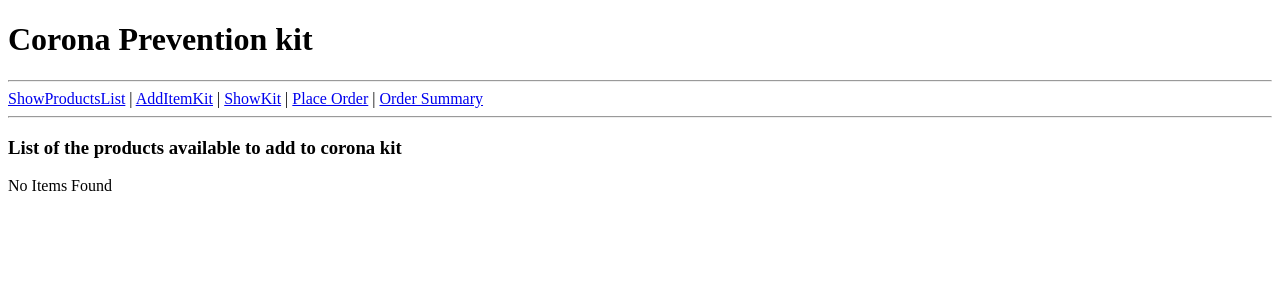
Repository: phanisree-chava/SBA-REPO
Page: http://localhost/CoronakitManagementPortal/showproducts
These files come from the project's save history. The page is drawn as it stood at one moment and after the next save; the edit follows.
The browser window is 1280 px wide. The pictures show the whole page.
The page is served by Tomcat 9. Other server files are loaded and not shown. Queries for data that is not in the repository find no rows.

Above is the page before, as saved 2020-08-23 18:34:56.

### CoronakitManagementPortal/WebContent/showproductstoadd.jsp
<%@ page language="java" contentType="text/html; charset=ISO-8859-1"
    pageEncoding="ISO-8859-1"%>

<%@ taglib prefix="c" uri="http://java.sun.com/jstl/core_rt" %>

<!DOCTYPE html>
<html>
<head>
<meta charset="ISO-8859-1">
<title>products list</title>
</head>
<body>
<jsp:include page="userheader.jsp" />

	<h3>List of the products available to add to corona kit</h3>

	<c:if test="${msg != null}">
			<p><strong>${msg }</strong>
		</c:if>

	<form action="showproducts" >
	<c:choose>

		<c:when test="${items==null || items.isEmpty() }">
			<p>No Items Found</p>
		</c:when>
		<c:otherwise>
			<table border="1" cellspacing="5px" cellpadding="5px">
				<tr>
					<th>id</th>
					<th>ProductName</th>
					<th>Cost</th>
					<th>ProductDescription</th>


				</tr>
				<c:forEach items="${items }" var="item">
					<tr>
					<td>${item.id }</td>
					<td>${item.productName }</td>
					<td>${item.cost }</td>
					<td>${item.productDescription }</td>


					</td>
				</tr>
				</c:forEach>
			</table>
		</c:otherwise>
	</c:choose>
	</form>
</body>
</html>

### CoronakitManagementPortal/WebContent/userheader.jsp
<header>
	<h1>Corona Prevention kit</h1>
	<hr />
		<nav>

			<a href="showproducts">ShowProductsList</a>
			<span>|</span>
			<a href="newitemkit">AddItemKit</a>
			<span>|</span>
			<a href="showkit">ShowKit</a>
			<span>|</span>
			<a href="placeorder">Place Order</a>
			<span>|</span>
			<a href="ordersummary">Order Summary</a>
		</nav>
	<hr />
</header>

### CoronakitManagementPortal/src/com/wellsfargo/fsd/cpk/controller/UserController.java
package com.wellsfargo.fsd.cpk.controller;

import java.io.IOException;
import java.time.LocalDate;
import java.time.LocalDateTime;
import java.util.List;

import javax.servlet.ServletException;
import javax.servlet.annotation.WebServlet;
import javax.servlet.http.HttpServlet;
import javax.servlet.http.HttpServletRequest;
import javax.servlet.http.HttpServletResponse;

import com.wellsfargo.fsd.cpk.dao.KitDetailDao;
import com.wellsfargo.fsd.cpk.entity.CoronaKit;
import com.wellsfargo.fsd.cpk.entity.KitDetail;
import com.wellsfargo.fsd.cpk.entity.OrderSummary;
import com.wellsfargo.fsd.cpk.entity.Product;
import com.wellsfargo.fsd.cpk.exception.CpkException;
import com.wellsfargo.fsd.cpk.service.ProductService;
import com.wellsfargo.fsd.cpk.service.ProductServiceImpl;

/**
 * Servlet implementation class UserController
 */
@WebServlet({ "/newuser","/insertuser","/showproducts","/newitemkit","/additemkit","/deleteitemkit","/showkit","/placeorder","/saveorder","/ordersummary" })
public class UserController extends HttpServlet {
	private static final long serialVersionUID = 1L;

	public static int kitId;
	private ProductService productService;
	private KitDetailDao kitDao;
	private CoronaKit ck;
	private OrderSummary orderSummary;

	@Override
	public void init() throws ServletException {
		productService = new ProductServiceImpl();
		kitDao= new KitDetailDao();
		ck= new CoronaKit();
		orderSummary = new OrderSummary();

	}

	protected void doGet(HttpServletRequest request, HttpServletResponse response)
			throws ServletException, IOException {

		String url = request.getServletPath();
		String viewName="";

		switch(url) {

		case "/newuser":
			viewName = showNewUserForm(request, response);
			break;
		case "/insertuser":
			viewName = insertNewUser(request, response);
			break;
		case "/showproducts":
			viewName = showAllProducts(request, response);
			break;
		case "/newitemkit":viewName=doNewItemToKit(request, response);break;
		case "/additemkit":viewName=addNewItemToKit(request, response); break;

		case "/deleteitemkit":
			viewName = deleteItemFromKit(request, response);
			break;
		case "/showkit":
			viewName = showKitDetails(request, response);
			break;
		case "/placeorder":
			viewName = showPlaceOrderForm(request, response);
			break;
		case "/saveorder":
			viewName = saveOrderForDelivery(request, response);
			break;
		case "/ordersummary":
			viewName = showOrderSummary(request, response);
			break;
		default : viewName = "notfound.jsp"; break;

		}

		request.getRequestDispatcher(viewName).forward(request, response);
	}

	protected void doPost(HttpServletRequest request, HttpServletResponse response)
			throws ServletException, IOException {
		doGet(request, response);
	}

	private String showNewUserForm(HttpServletRequest request, HttpServletResponse response)
			throws ServletException, IOException {

		return "newuser.jsp";

	}

	private String insertNewUser(HttpServletRequest request, HttpServletResponse response)
			throws ServletException, IOException {

		String view="";

		ck.setId(1);
		ck.setPersonName(request.getParameter("pname"));
		ck.setEmail(request.getParameter("email"));
		ck.setContactNumber(request.getParameter("pcontact"));

		//below code will delete previously stored kitDetails order items for new user
		try {
			kitDao.deleteAll();

		} catch (CpkException e) {
			request.setAttribute("errMsg", e.getMessage());
			view="errPage.jsp";
		}

		view="userprintMessage.jsp";

		request.setAttribute("msg","User details entered successfully");
		return view;
	}

	private String showAllProducts(HttpServletRequest request, HttpServletResponse response)
			throws ServletException, IOException {

		String view="";

		try {
			List<Product> items = productService.getAllItems();
			request.setAttribute("items", items);
			view="showproductstoadd.jsp";
		} catch (CpkException e) {
			request.setAttribute("errMsg", e.getMessage());
			view="errPage.jsp";
		}

		return view;
	}
	private String doNewItemToKit(HttpServletRequest request, HttpServletResponse response)
			throws ServletException, IOException {


		return "additemkit.jsp";
	}

	private String addNewItemToKit(HttpServletRequest request, HttpServletResponse response)
			throws ServletException, IOException {

		String view="";
		KitDetail kit = new KitDetail();


		int productId= Integer.parseInt(request.getParameter("productId"));
		int quantity= Integer.parseInt(request.getParameter("quantity"));

		kitId+=1;
		kit.setId(kitId);
		kit.setCoronaKitId(1);
		kit.setProductId(productId);
		kit.setQuantity(quantity);

		Product p=null;

		try {
			p = productService.getItemById(productId);
			request.setAttribute("msg", "Item Got added To Kit!");
		} catch (CpkException e) {
			request.setAttribute("errMsg", e.getMessage());
			view="errPage.jsp";
		}

		int cost=p.getCost();
		int amount =cost*quantity;

		kit.setAmount(amount);
		try {
			kitDao.add(kit);
		} catch (CpkException e) {
			request.setAttribute("errMsg", e.getMessage());
			view="errPage.jsp";
		}
		view="userprintMessage.jsp";

		return view;
	}

	private String deleteItemFromKit(HttpServletRequest request, HttpServletResponse response)
			throws ServletException, IOException {

		String view="";
		int id = Integer.parseInt(request.getParameter("productId"));


		try {
			kitDao.deleteById(id);
			request.setAttribute("msg", "Item Got Removed From The Kit!");

			view="userprintMessage.jsp";
		} catch (CpkException e) {
			request.setAttribute("errMsg", e.getMessage());
			view="errPage.jsp";
		}

		return view;
	}

	private String showKitDetails(HttpServletRequest request, HttpServletResponse response)
			throws ServletException, IOException {


String view="";


		try {
			List<KitDetail> items = kitDao.getAll();
			request.setAttribute("items", items);
			view="showkit.jsp";
		} catch (CpkException e) {
			request.setAttribute("errMsg", e.getMessage());
			view="errPage.jsp";
		}


		return view;
	}
	private String showPlaceOrderForm(HttpServletRequest request, HttpServletResponse response)
			throws ServletException, IOException {

		String view="placeorder.jsp";



		return view;
	}

	private String saveOrderForDelivery(HttpServletRequest request, HttpServletResponse response)
			throws ServletException, IOException {


		String view="";
		int totalAmount=0;
		String address= request.getParameter("paddress");
		ck.setDeliveryAddress(address);

		String order =request.getParameter("orderfinal");
		boolean orderFinal=order.equals("yes")?true:false;

		try {
			totalAmount = kitDao.getSumAmount();
		} catch (CpkException e) {
			request.setAttribute("errMsg", e.getMessage());
			view="errPage.jsp";
		}
		ck.setOrderFinalized(orderFinal);
		ck.setOrderDate(LocalDate.now());
		ck.setTotalAmount(totalAmount);
		orderSummary.setCoronaKit(ck);



		if (!orderFinal) {
			request.setAttribute("msg", "You cannot place the order without finalizing the order");

		}else
			request.setAttribute("msg", "order got placed successfully");

		view="userprintMessage.jsp";

		return view;
	}


	private String showOrderSummary(HttpServletRequest request, HttpServletResponse response)
			throws ServletException, IOException {

		String view="";
		CoronaKit ck1= orderSummary.getCoronaKit();

		if (ck1!=null) {
		request.setAttribute("msg", ck);
		try {
			List<KitDetail> items = kitDao.getAll();
			request.setAttribute("items", items);
			view="ordersummary.jsp";
		} catch (CpkException e) {
			request.setAttribute("errMsg", e.getMessage());
			view="errPage.jsp";
		}
		}
		else {
			request.setAttribute("msg","Please complete the place order and then order summary can be displayed");
			view="userprintMessage.jsp";
		}

		return view;
	}
}

### CoronakitManagementPortal/src/com/wellsfargo/fsd/cpk/service/ProductServiceImpl.java
package com.wellsfargo.fsd.cpk.service;


import java.util.ArrayList;
import java.util.List;

import com.wellsfargo.fsd.cpk.dao.ProductDao;
import com.wellsfargo.fsd.cpk.dao.ProductDaoJdbcImpl;
import com.wellsfargo.fsd.cpk.entity.Product;
import com.wellsfargo.fsd.cpk.exception.CpkException;

public class ProductServiceImpl implements ProductService {

	ProductDao itemDao;

	public ProductServiceImpl() {
		itemDao = new ProductDaoJdbcImpl();
	}

	private boolean isIdValid(Integer id) {
		return id > 0;
	}

	private boolean isProductNameValid(String productName) {
		return productName != null && (productName.length() >= 3 || productName.length() <= 20);
	}

	private boolean isCostValid(Integer cost) {
		return cost != null && cost <1000;
	}



	private boolean isProductDescriptionValid(String productDescription) {
		return productDescription != null;
	}



	private boolean isValidItem(Product item) throws CpkException {
		List<String> errMsg = new ArrayList<>();

		boolean isValid = true;

		if (!isIdValid(item.getId())) {
			isValid = false;
			errMsg.add("Icode can not be null or negative or zero");
		}

		if (!isProductNameValid(item.getProductName())) {
			isValid = false;
			errMsg.add("Product Name can not be blank, title must be of 3 to 20 chars in length");
		}


		if (!isCostValid(item.getCost())) {
			isValid = false;
			errMsg.add("Cost can not be null");
		}



		if (!isProductDescriptionValid(item.getProductDescription())) {
			isValid = false;
			errMsg.add("product description can not be zero or negative");
		}



		if (!isValid) {
			throw new CpkException(errMsg.toString());
		}

		return isValid;
	}

	@Override
	public Product validateAndAdd(Product item) throws CpkException {
		if(item!=null) {
			if(isValidItem(item)) {
				itemDao.add(item);
			}
		}
		return item;
	}

	@Override
	public Product validateAndSave(Product item) throws CpkException {
		if(item!=null) {
			if(isValidItem(item)) {
				itemDao.save(item);
			}
		}
		return item;
	}

	@Override
	public boolean deleteItem(int id) throws CpkException {
		return itemDao.deleteById(id);
	}

	@Override
	public Product getItemById(int id) throws CpkException {
		return itemDao.getById(id);
	}

	@Override
	public List<Product> getAllItems() throws CpkException {
		return itemDao.getAll();
	}

}

### CoronakitManagementPortal/src/com/wellsfargo/fsd/cpk/dao/ProductDao.java
package com.wellsfargo.fsd.cpk.dao;

import java.util.List;

import com.wellsfargo.fsd.cpk.entity.Product;
import com.wellsfargo.fsd.cpk.exception.CpkException;

public interface ProductDao {

	Product add(Product item) throws CpkException;
	Product save(Product item) throws CpkException;
	boolean deleteById(Integer id) throws CpkException;

	Product getById(Integer id) throws CpkException;
	List<Product> getAll() throws CpkException;

}

### CoronakitManagementPortal/src/com/wellsfargo/fsd/cpk/dao/ProductDaoJdbcImpl.java
package com.wellsfargo.fsd.cpk.dao;

import java.sql.Connection;
import java.sql.Date;
import java.sql.PreparedStatement;
import java.sql.ResultSet;
import java.sql.SQLException;
import java.util.ArrayList;
import java.util.List;

import javax.naming.NamingException;

import com.wellsfargo.fsd.cpk.entity.Product;
import com.wellsfargo.fsd.cpk.exception.CpkException;

public class ProductDaoJdbcImpl implements ProductDao {

	public static final String INS_ITEM_QRY = "INSERT INTO products (id,productName,cost,productDescription) values(?,?,?,?)";
	public static final String UPD_ITEM_QRY = "UPDATE products SET productName=?,cost=?,productDescription=? WHERE id=?";
	public static final String DEL_ITEM_QRY = "DELETE FROM products WHERE id=?";
	public static final String SEL_ITEM_QRY_BY_ID = "SELECT id,productName,cost,productDescription FROM products WHERE id=?";
	public static final String SEL_ALL_ITEMS_QRY = "SELECT id,productName,cost,productDescription FROM products";

	public Product add(Product item) throws CpkException {
		if (item != null) {
			try (Connection con = ConnectionFactory.getConnection();
					PreparedStatement pst = con.prepareStatement(INS_ITEM_QRY)) {

				pst.setInt(1, item.getId());
				pst.setString(2, item.getProductName());

				pst.setDouble(3, item.getCost());
				pst.setString(4, item.getProductDescription());

				pst.executeUpdate();

			} catch (SQLException | NamingException exp) {
				exp.printStackTrace();
				throw new CpkException("Adding the item failed!");
			}
		}
		return item;
	}

	@Override
	public Product save(Product item) throws CpkException {
		if (item != null) {
			try (Connection con = ConnectionFactory.getConnection();
					PreparedStatement pst = con.prepareStatement(UPD_ITEM_QRY)) {


				pst.setString(1, item.getProductName());
				pst.setDouble(2, item.getCost());
				pst.setString(3, item.getProductDescription());
				pst.setInt(4, item.getId());


				pst.executeUpdate();

			} catch (SQLException | NamingException exp) {
				exp.printStackTrace();
				throw new CpkException("Saving the item failed!");
			}
		}
		return item;
	}

	@Override
	public boolean deleteById(Integer id) throws CpkException {
		boolean isDeleted = false;
		try (Connection con = ConnectionFactory.getConnection();
				PreparedStatement pst = con.prepareStatement(DEL_ITEM_QRY)) {

			pst.setInt(1, id);

			int rowsCount = pst.executeUpdate();

			isDeleted = rowsCount > 0;

		} catch (SQLException | NamingException exp) {
			exp.printStackTrace();
			throw new CpkException("Deleting the item failed!");
		}

		return isDeleted;
	}

	@Override
	public Product getById(Integer id) throws CpkException {
		Product item = null;

		try (Connection con = ConnectionFactory.getConnection();
				PreparedStatement pst = con.prepareStatement(SEL_ITEM_QRY_BY_ID)) {

			pst.setInt(1, id);

			ResultSet rs = pst.executeQuery();

			if (rs.next()) {
				item = new Product();
				item.setId(rs.getInt(1));
				item.setProductName(rs.getString(2));
				item.setCost(rs.getInt(3));
				item.setProductDescription(rs.getString(4));
			}

		} catch (SQLException | NamingException exp) {
			exp.printStackTrace();
			throw new CpkException("Retrival the item failed!");
		}

		return item;
	}

		@Override
	public List<Product> getAll() throws CpkException {
		List<Product> items = new ArrayList<>();

		try (Connection con = ConnectionFactory.getConnection();
				PreparedStatement pst = con.prepareStatement(SEL_ALL_ITEMS_QRY)) {

			ResultSet rs = pst.executeQuery();

			while (rs.next()) {
				Product item = new Product();
				item.setId(rs.getInt(1));
				item.setProductName(rs.getString(2));
				item.setCost(rs.getInt(3));
				item.setProductDescription(rs.getString(4));

				items.add(item);
			}

			if(items.isEmpty()) {
				items=null;
			}
		} catch (SQLException | NamingException exp) {
			exp.printStackTrace();
			throw new CpkException("Retrival the item failed!");
		}
		return items;
	}

}

### CoronakitManagementPortal/src/com/wellsfargo/fsd/cpk/dao/ConnectionFactory.java
package com.wellsfargo.fsd.cpk.dao;

import java.sql.Connection;
import java.sql.SQLException;

import javax.naming.InitialContext;
import javax.naming.NamingException;
import javax.sql.DataSource;

public class ConnectionFactory {

	private static DataSource datasource;

	public static Connection getConnection() throws SQLException, NamingException {

		if(datasource==null) {
			InitialContext context =new InitialContext();
			datasource = (DataSource) context.lookup("java:/comp/env/jdbc/MyDB");
		}

		return datasource.getConnection();
	}

}

### CoronakitManagementPortal/WebContent/footer.jsp









<footer>
<h5>

<p> 2020 @ CORONA </p></h5>




</footer>

After the next save:
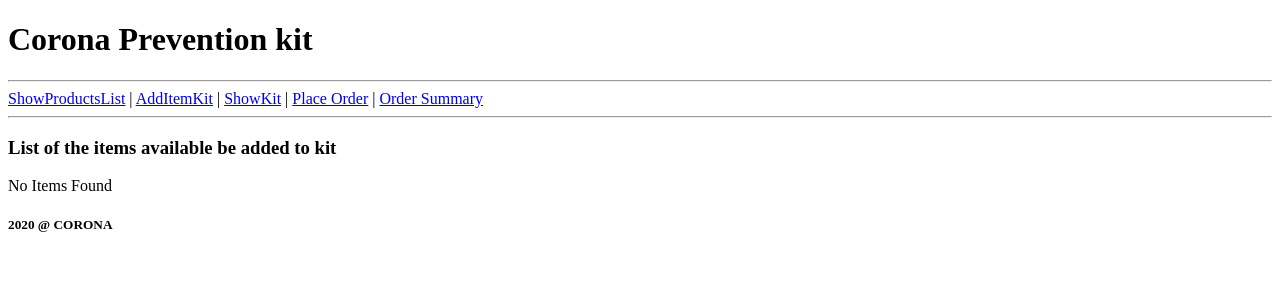
Saved 12 s later.
--- a/CoronakitManagementPortal/WebContent/showproductstoadd.jsp
+++ b/CoronakitManagementPortal/WebContent/showproductstoadd.jsp
@@ -12,7 +12,7 @@
 <body>
 <jsp:include page="userheader.jsp" />
 
-	<h3>List of the products available to add to corona kit</h3>
+	<h3>List of the items available be added to kit</h3>
 
 	<c:if test="${msg != null}">
 			<p><strong>${msg }</strong>
@@ -49,5 +49,7 @@
 		</c:otherwise>
 	</c:choose>
 	</form>
+
+<jsp:include page="footer.jsp"/>
 </body>
 </html>
